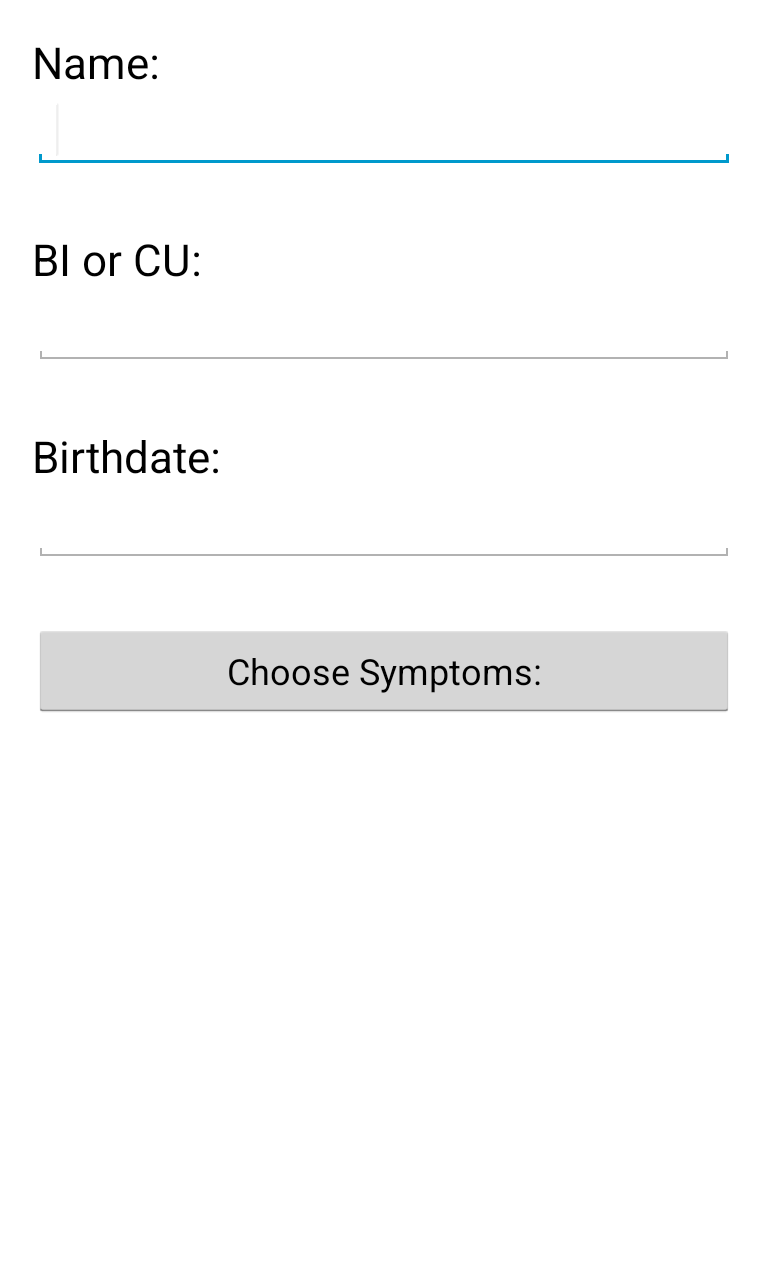
Repository: diogosufil/AcupunturaClienteAndroid
Layout: AcupunturaClienteAndroid/res/layout/activity_appointment.xml
An editor plug-in stored every save of this project. The layout is shown before and after the next save, followed by the edit.
It is drawn on a 768 x 1280 px phone screen (xhdpi) without system bars, with theme AppTheme; the app's code is not run.

Above is the layout before, as saved 2015-01-07 15:12:05.

### AcupunturaClienteAndroid/res/layout/activity_appointment.xml
<LinearLayout xmlns:android="http://schemas.android.com/apk/res/android"
    xmlns:tools="http://schemas.android.com/tools"
    android:id="@+id/LinearLayout1"
    android:layout_width="match_parent"
    android:layout_height="match_parent"
    android:orientation="vertical"
    android:paddingBottom="@dimen/activity_vertical_margin"
    android:paddingLeft="@dimen/activity_horizontal_margin"
    android:paddingRight="@dimen/activity_horizontal_margin"
    android:paddingTop="@dimen/activity_vertical_margin"
    tools:context="com.example.acupunturaclienteandroid.Appointment" >

    <TextView
        android:id="@+id/textViewGetExtra"
        android:layout_width="wrap_content"
        android:layout_height="wrap_content"
        android:text="@string/name"
        android:textAppearance="?android:attr/textAppearanceLarge" />

    <EditText
        android:id="@+id/editText1"
        android:layout_width="match_parent"
        android:layout_height="wrap_content"
        android:ems="10" >

        <requestFocus />
    </EditText>

    <TextView
        android:id="@+id/textView2"
        android:layout_width="wrap_content"
        android:layout_height="wrap_content"
        android:text="@string/nothing"
        android:textAppearance="?android:attr/textAppearanceLarge" />

    <TextView
        android:id="@+id/textView1"
        android:layout_width="wrap_content"
        android:layout_height="wrap_content"
        android:text="@string/bi_Cu"
        android:textAppearance="?android:attr/textAppearanceLarge" />

    <EditText
        android:id="@+id/editText2"
        android:layout_width="match_parent"
        android:layout_height="wrap_content"
        android:ems="10" />

    <TextView
        android:id="@+id/textView3"
        android:layout_width="wrap_content"
        android:layout_height="wrap_content"
        android:text="@string/nothing"
        android:textAppearance="?android:attr/textAppearanceLarge" />

    <TextView
        android:id="@+id/textView4"
        android:layout_width="wrap_content"
        android:layout_height="wrap_content"
        android:text="@string/birthdate"
        android:textAppearance="?android:attr/textAppearanceLarge" />

    <EditText
        android:id="@+id/editText3"
        android:layout_width="match_parent"
        android:layout_height="wrap_content"
        android:ems="10" />

    <TextView
        android:id="@+id/textView5"
        android:layout_width="wrap_content"
        android:layout_height="wrap_content"
        android:text="@string/nothing"
        android:textAppearance="?android:attr/textAppearanceLarge" />

    <Button
        android:id="@+id/buttonChooseSymptoms"
        android:layout_width="match_parent"
        android:layout_height="wrap_content"
        android:text="@string/chooseSymptoms" />

</LinearLayout>

### AcupunturaClienteAndroid/res/values/strings.xml
<?xml version="1.0" encoding="utf-8"?>
<resources>

    <string name="app_name">Acupuncture</string>
    <string name="hello_world">Hello world!</string>
    <string name="action_settings">Settings</string>
    <string name="title_activity_menu">Menu</string>
    <string name="title_activity_main">Acupuncture</string>
    <string name="login">Login</string>
    <string name="username">Username</string>
    <string name="password">Password</string>
    <string name="nothing"></string>
    <string name="logout">Logout</string>
    <string name="data_management">Generate Diagnostics</string>
    <string name="human_resources">Human Resources</string>
    <string name="title_activity_data_management">Generate Diagnostics</string>
    <string name="title_activity_human_resources">Human Resources</string>
    <string name="generateDiagnostics">Generate Diagnostics</string>
    <string name="symptoms">Symptoms</string>
    <string name="chooseSymptoms">Choose Symptoms:</string>
    <string name="title_activity_consultation">Consultation</string>
    <string name="title_activity_appointment">New Appointment</string>
    <string name="newAppointment">New Appointment</string>
    <string name="patientBi">Patient Identification (BI or CU):</string>
    <string name="name">Name:</string>
    <string name="bi_Cu">BI or CU:</string>
    <string name="birthdate">Birthdate:</string>
    <string name="clinicalRecord">Clinical Record</string>

</resources>

Loaded but not shown: AcupunturaClienteAndroid/res/values/styles.xml (common file); AcupunturaClienteAndroid/res/values-v11/styles.xml (common file); AcupunturaClienteAndroid/res/values-v14/styles.xml (common file); AcupunturaClienteAndroid/res/values/dimens.xml (common file); AcupunturaClienteAndroid/res/values-w820dp/dimens.xml (common file)

After the next save:
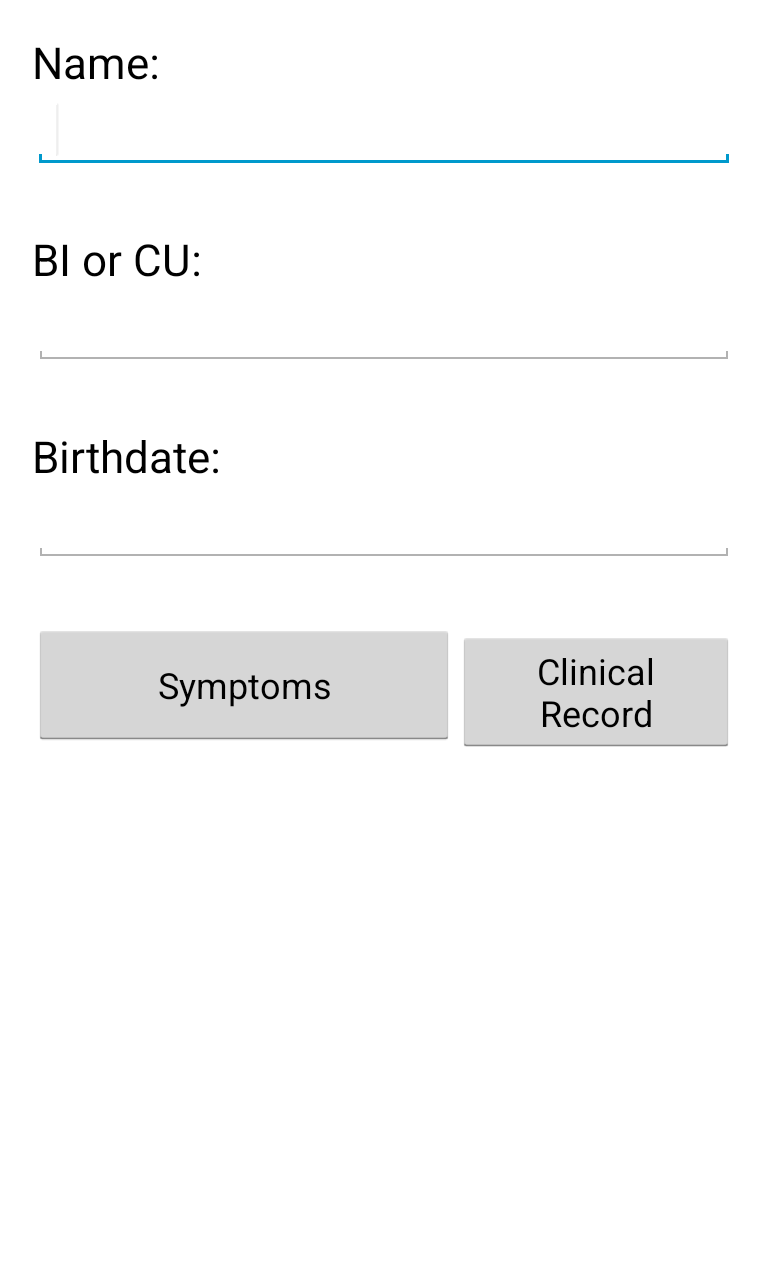
Saved 90 s later.
--- a/AcupunturaClienteAndroid/res/layout/activity_appointment.xml
+++ b/AcupunturaClienteAndroid/res/layout/activity_appointment.xml
@@ -73,10 +73,23 @@
         android:text="@string/nothing"
         android:textAppearance="?android:attr/textAppearanceLarge" />
 
-    <Button
-        android:id="@+id/buttonChooseSymptoms"
+    <LinearLayout
         android:layout_width="match_parent"
-        android:layout_height="wrap_content"
-        android:text="@string/chooseSymptoms" />
+        android:layout_height="wrap_content" >
+
+        <Button
+            android:id="@+id/buttonChooseSymptoms"
+            android:layout_width="140dp"
+            android:layout_height="match_parent"
+            android:layout_weight="0.78"
+            android:text="@string/symptoms" />
+
+        <Button
+            android:id="@+id/button1"
+            android:layout_width="140dp"
+            android:layout_height="62dp"
+            android:text="@string/clinicalRecord" />
+
+    </LinearLayout>
 
 </LinearLayout>
